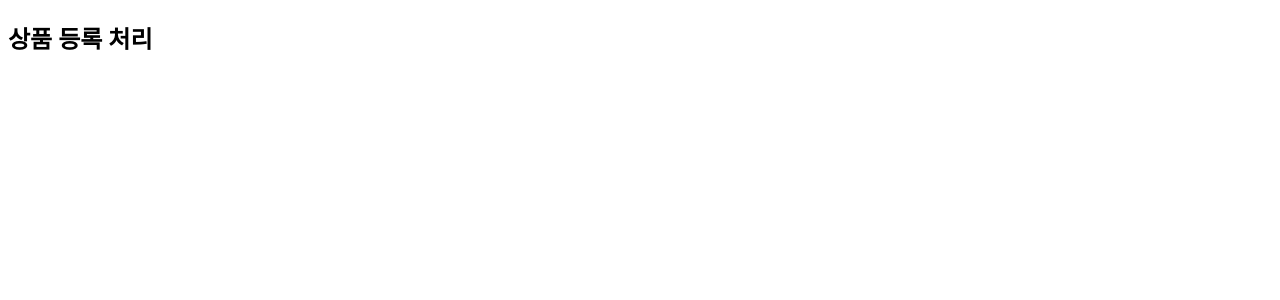
Repository: Yongseok-2/bakkuda
Page: http://localhost/myapp/term_jsp/html/upload.jsp
An editor plug-in stored every save of this project. The page is shown before and after the next save, followed by the edit.
The browser window is 1280 px wide. The pictures show the whole page.
The page is served by Tomcat 9.

Above is the page before, as saved 2024-11-30 14:59:38.

After the next save:
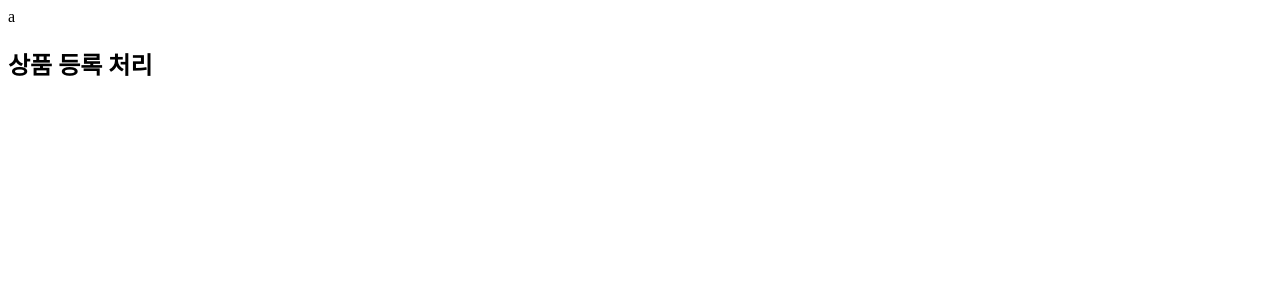
Saved 67 s later.
--- a/myapp/src/main/webapp/term_jsp/html/upload.jsp
+++ b/myapp/src/main/webapp/term_jsp/html/upload.jsp
@@ -4,7 +4,7 @@
 <%@ page import="javax.servlet.http.Part" %>
 <%@ page import="termpackage.DBConnection" %>
 <!DOCTYPE html>
-<html lang="ko">
+<html lang="ko">a
 <head>
     <meta charset="UTF-8">
     <meta name="viewport" content="width=device-width, initial-scale=1.0">
